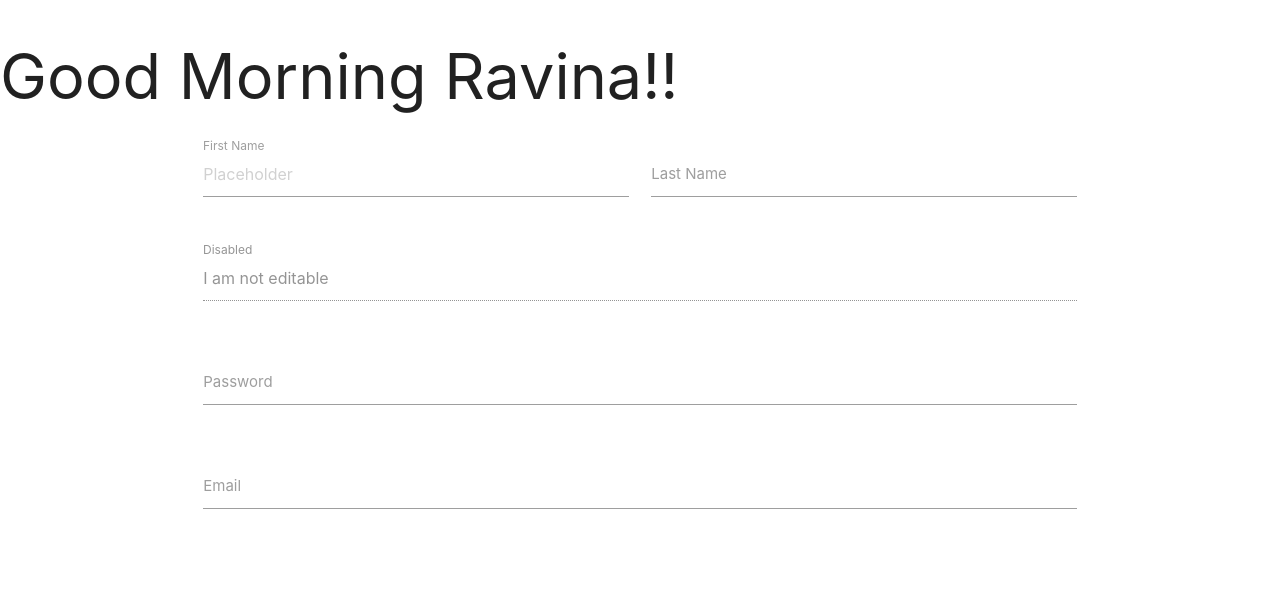
Repository: RavinakS/signup-page-html-js
Page: index.html
These files come from the project's save history. The page is drawn as it stood at one moment and after the next save; the edit follows.
The browser window is 1280 px wide. The pictures show the whole page.

Above is the page before, as saved 2021-12-13 11:11:00.

After the next save:
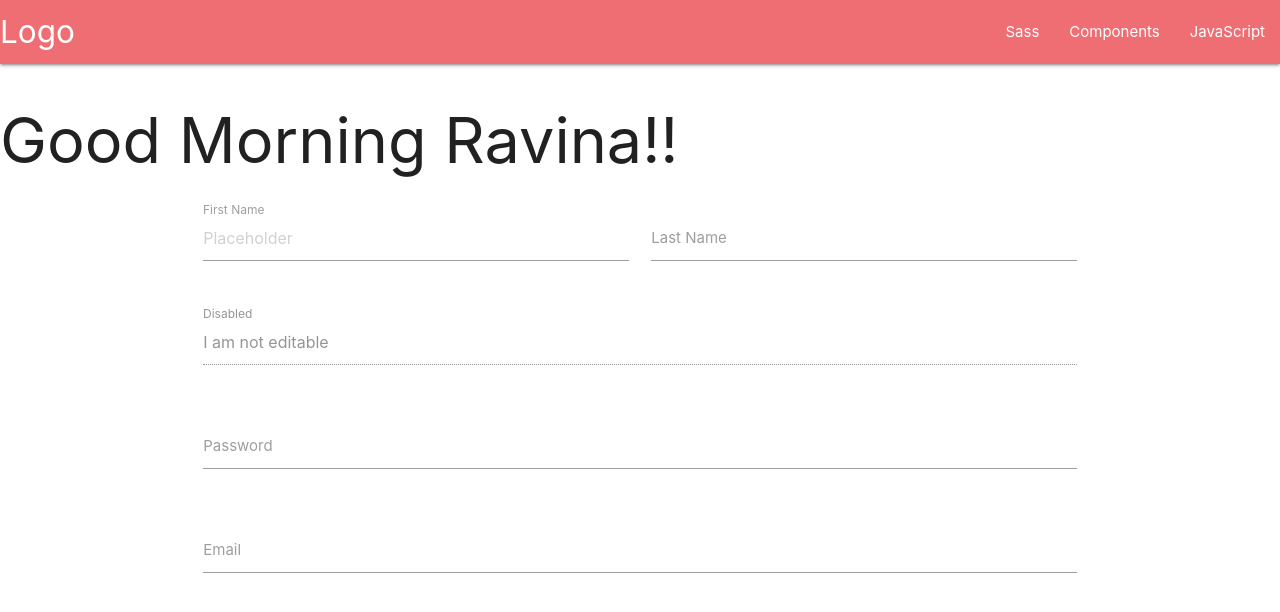
Saved 34 s later.
--- a/index.html
+++ b/index.html
@@ -8,6 +8,17 @@
     <title>Document</title>
     <link rel="stylesheet" href="https://cdnjs.cloudflare.com/ajax/libs/materialize/1.0.0/css/materialize.min.css">
     <script src="https://cdnjs.cloudflare.com/ajax/libs/materialize/1.0.0/js/materialize.min.js"></script>
+
+    <nav>
+        <div class="nav-wrapper">
+          <a href="#" class="brand-logo">Logo</a>
+          <ul id="nav-mobile" class="right hide-on-med-and-down">
+            <li><a href="sass.html">Sass</a></li>
+            <li><a href="badges.html">Components</a></li>
+            <li><a href="collapsible.html">JavaScript</a></li>
+          </ul>
+        </div>
+      </nav>
 
 </head>
 <body>
